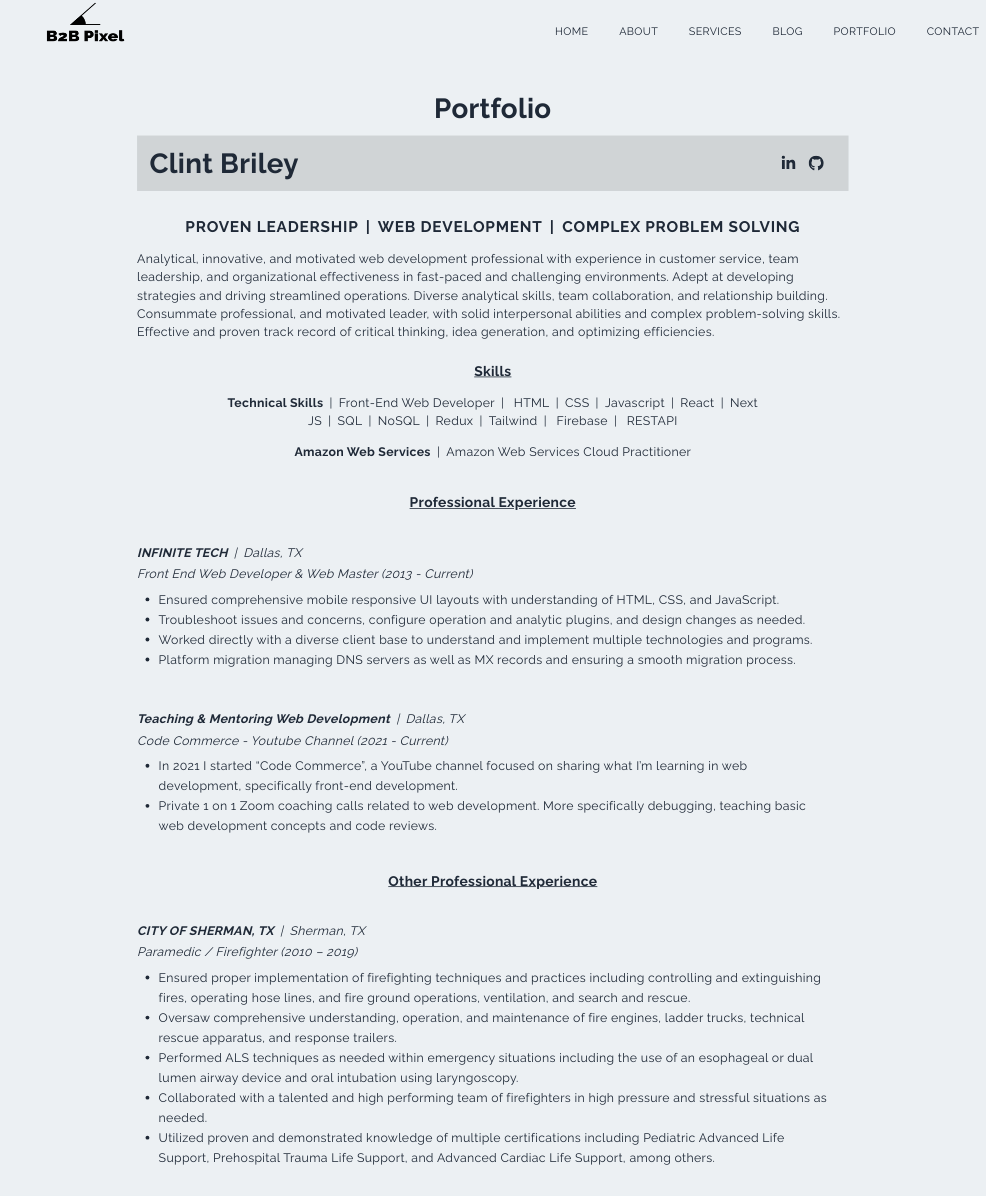
Repository: DID0101/nextjs.b2b
Page: /resume
These files come from the project's save history. The page is drawn as it stood at one moment and after the next save; the edit follows.
The browser window is 1280 px wide. The pictures show the whole page, at 77% of full size.
The project was rebuilt for these pictures with package versions that can differ from the ones it lists, and the page was loaded fresh each time. The framework's server and built-in components were replaced by stand-ins that run in the browser. Also part of the build but not shown: next.config.js.

Above is the page before, as saved 2024-01-22 07:07:01.

After the next save:
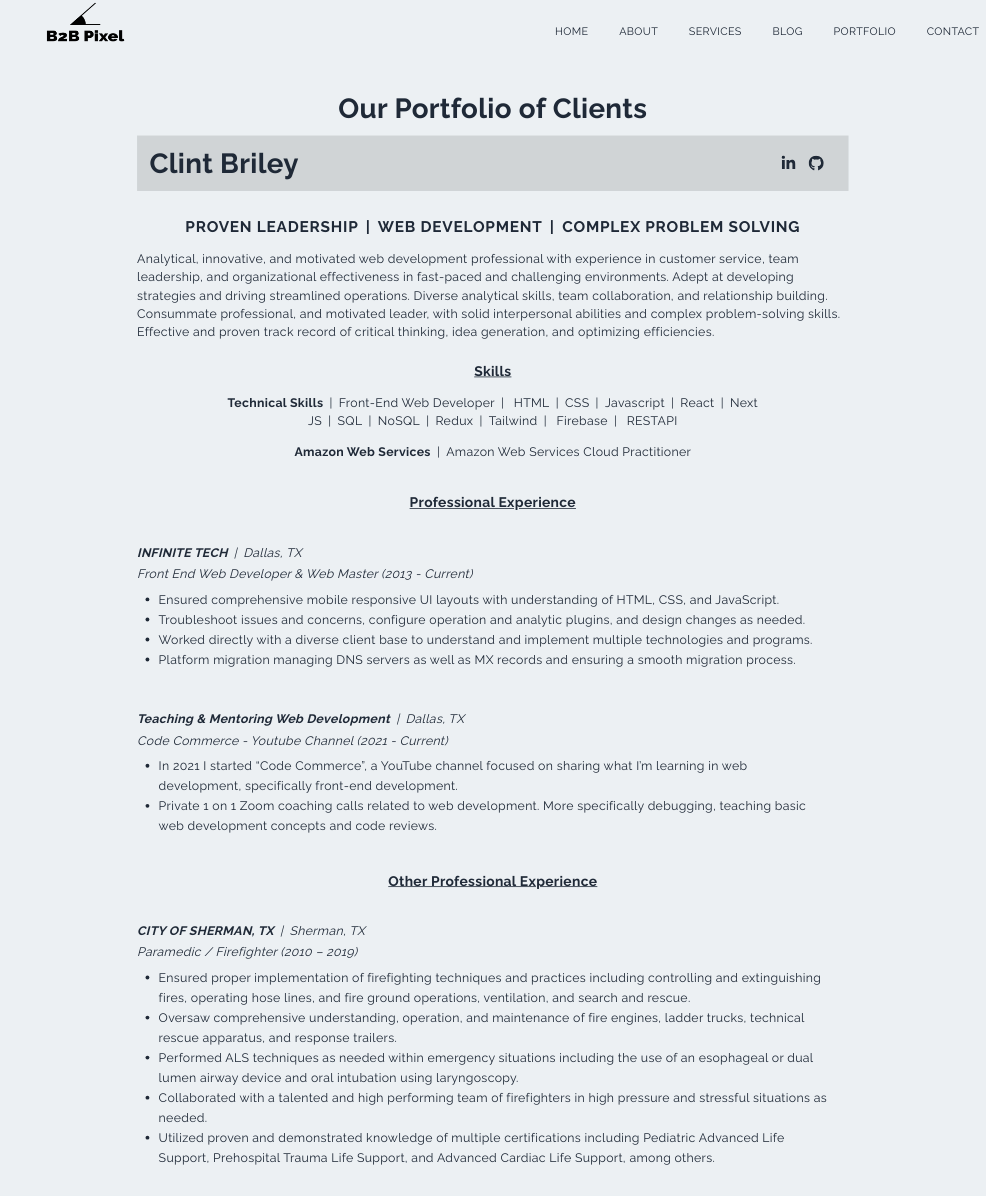
Saved 22 s later.
--- a/pages/resume.jsx
+++ b/pages/resume.jsx
@@ -15,7 +15,7 @@
       </Head>
 
       <div className='max-w-[940px] mx-auto p-2 pt-[120px]'>
-        <h2 className='text-center'>Portfolio</h2>
+        <h2 className='text-center'>Our Portfolio of Clients</h2>
         <div className='bg-[#d0d4d6] my-4 p-4 w-full flex justify-between items-center'>
           <h2 className='text-center'>Clint Briley</h2>
           <div className='flex'>
